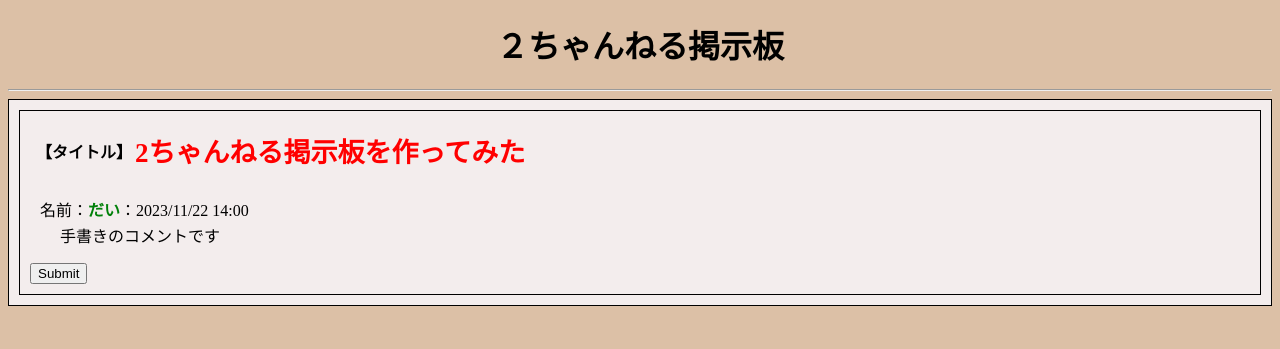
Repository: daidai0602/mba_portal
Page: http://localhost/
An editor plug-in stored every save of this project. The page is shown before and after the next save, followed by the edit.
The browser window is 1280 px wide. The pictures show the whole page.
The page is run by PHP 8.4 with error messages shown; the project is at /var/www/html/.

Above is the page before, as saved 2023-11-22 14:58:46.

After the next save:
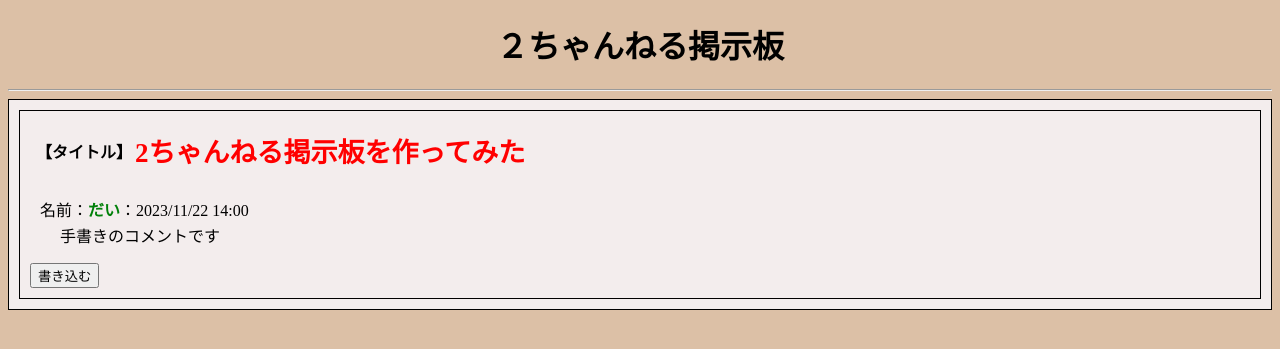
Saved 15 s later.
--- a/index.php
+++ b/index.php
@@ -35,7 +35,7 @@
       </section>
       <form class="formWrapper">
         <div>
-          <input type="submit">
+          <input type="submit" value="書き込む">
         </div>
       </form>
     </div>
